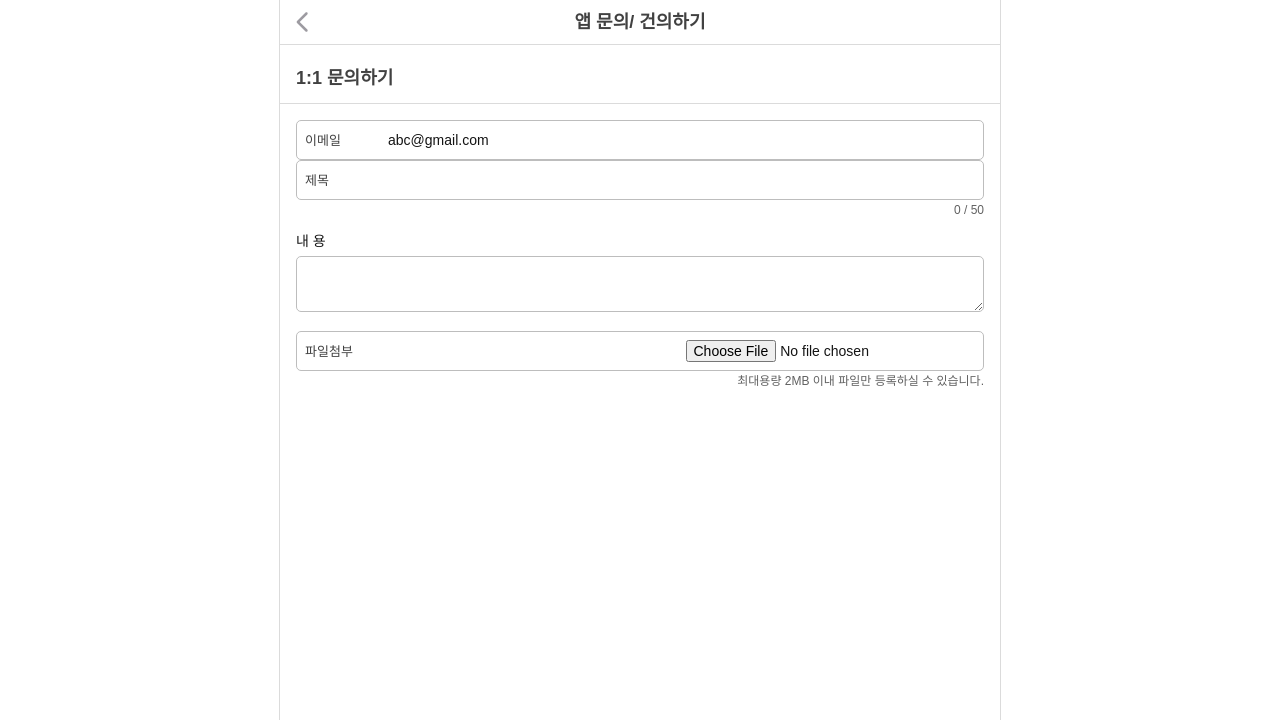
Repository: gosun1018/denguru
Page: my_complain_write.html
These files come from the project's save history. The page is drawn as it stood at one moment and after the next save; the edit follows.
The browser window is 1280 px wide. The pictures show the whole page.
Some web fonts or font styles are not loaded; a fallback is used. The style sheet was rebuilt from its Sass, Less or Tailwind sources for each picture, by a compiler version that may differ from the author's.

Above is the page before, as saved 2020-03-23 15:58:31.

After the next save:
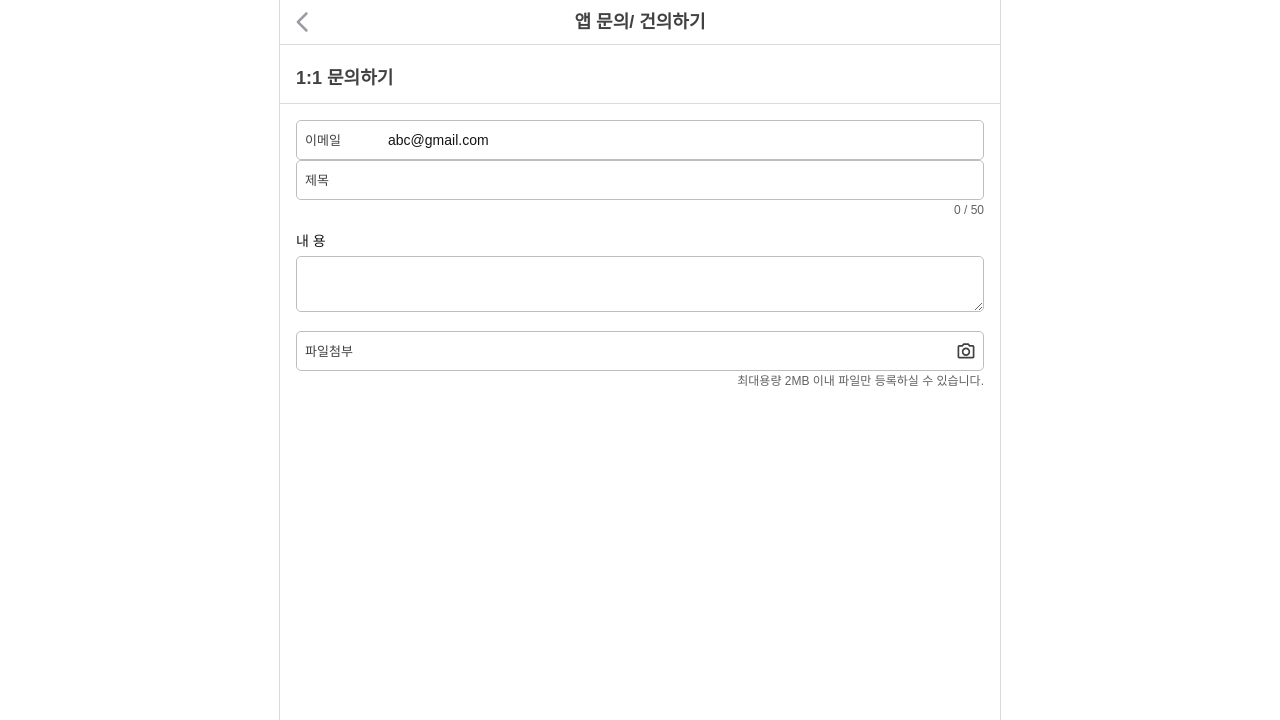
Saved 102 s later.
--- a/my_complain_write.html
+++ b/my_complain_write.html
@@ -49,9 +49,12 @@
                         </div>
                         <div class="inp_box04">
                             <div class="inp_txt_box">
-                                <label for="complainFile" class="lab_txt">파일첨부</label>
+                                <div class="lab_txt">파일첨부</div>
                                 <div class="inp_txt"></div>
-                                <input type="file" name="complainFile" class="inp_txt js-input" id="complainFile">
+                                <input type="file" name="complainFile" class="inp_txt js-input" id="complainFile" hidden>
+                                <label for="complainFile" class="btn btn_linkstyle">
+                                    <img src="images/icon-camera.svg" alt="파일첨부 버튼" class="icon">
+                                </label>
                             </div>
                             <div class="txt_right inp_message js-txt-limit">
                                 최대용량 2MB 이내 파일만 등록하실 수 있습니다.
